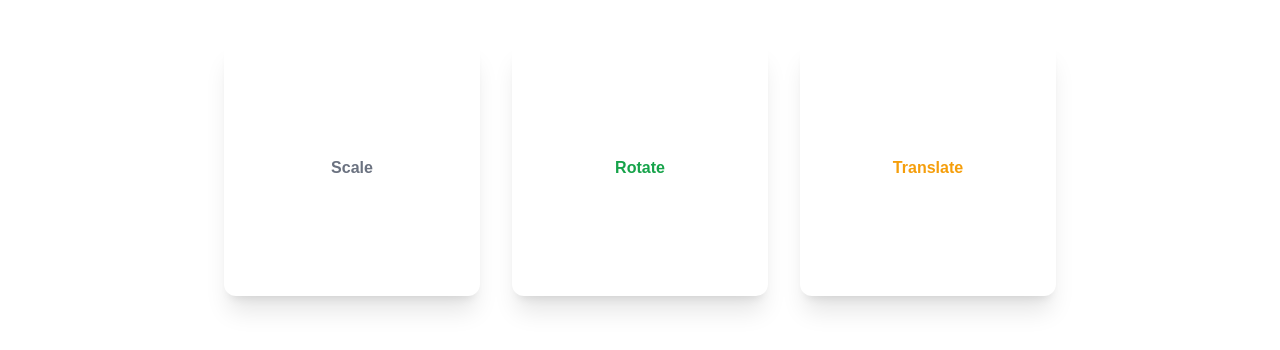
Repository: vitorbelluzzo/CountryInformationApp
Page: / (app in fe/)
The author's editor kept a copy of each file at every save. The page is drawn from the files as they stood at one save, then again after a run of saves.
The browser window is 1280 px wide. The pictures show the whole page.
The project was rebuilt for these pictures with package versions that can differ from the ones it lists, and the page was loaded fresh each time. The framework's server and built-in components were replaced by stand-ins that run in the browser. Also part of the build but not shown: fe/next.config.ts.

Above is the page before, as saved 2024-10-29 13:56:15.

After the next 2 saves:
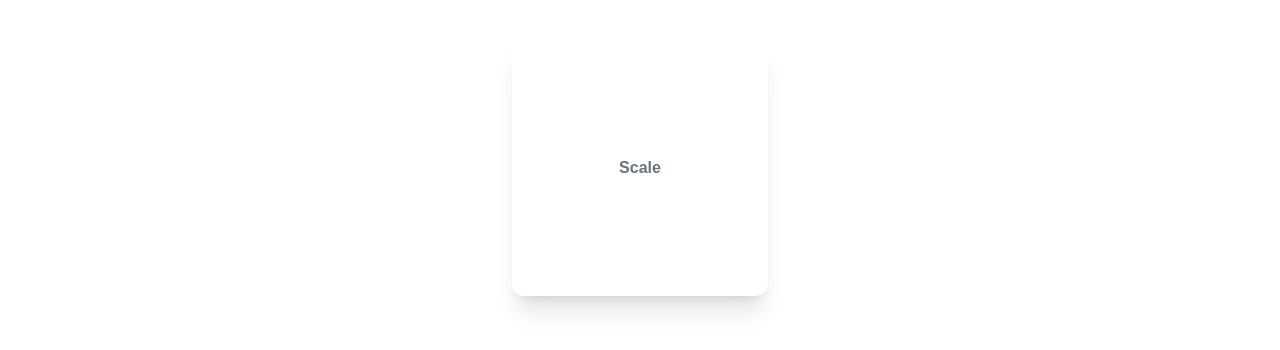
The 2 saves are shown as one change because they came seconds apart.
The last was saved 19 s later.
--- a/fe/src/app/page.tsx
+++ b/fe/src/app/page.tsx
@@ -30,18 +30,6 @@ export default function Home() {
             <span className="font-bold text-gray-500">Scale</span>
           </div>
         </div>
-
-        <div className="transform  rounded-xl h-40 w-40 sm:h-64 sm:w-64 bg-white shadow-xl transition duration-300 hover:rotate-180">
-          <div className="flex h-full justify-center items-center">
-            <span className="font-bold text-green-600">Rotate</span>
-          </div>
-        </div>
-
-        <div className="transform rounded-xl h-40 w-40 sm:h-64 sm:w-64 bg-white shadow-xl transition duration-300 hover:translate-x-4">
-          <div className="flex h-full justify-center items-center">
-            <span className="font-bold text-amber-500">Translate</span>
-          </div>
-        </div>
       </div>
     </div>
   );
